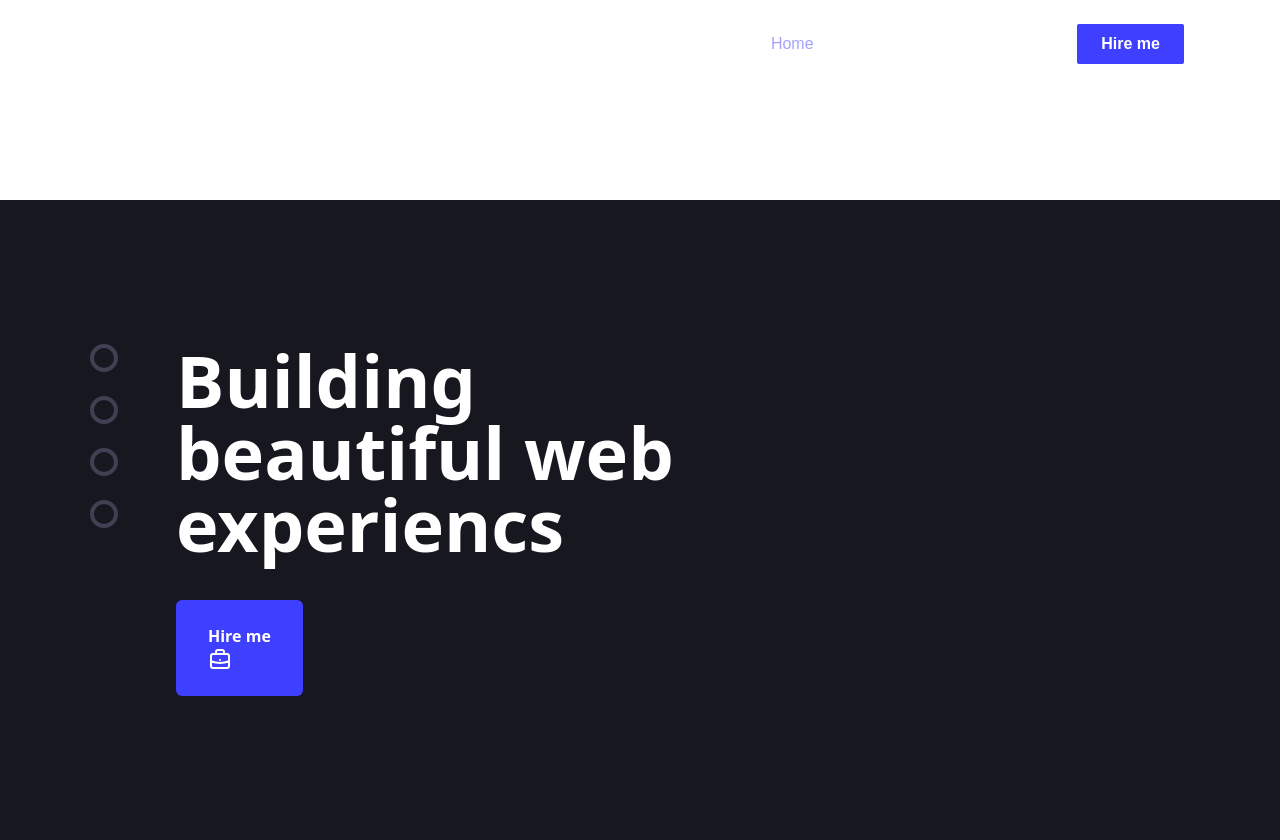
Repository: Alex0715/portfolio
Page: /
The author's editor kept a copy of each file at every save. The page is drawn from the files as they stood at one save, then again after the next save.
The browser window is 1280 px wide. The pictures show the whole page.
The project was rebuilt for these pictures with package versions that can differ from the ones it lists, and the page was loaded fresh each time. The framework's server and built-in components were replaced by stand-ins that run in the browser. Also part of the build but not shown: next.config.js.

Above is the page before, as saved 2022-02-03 22:19:00.

### pages/index.js
import Head from 'next/head'
import Banner from './components/Banner'
import Header from './components/header'



export default function Home() {
  return (
    <div>
      <Header/>
      <body className='bg-body'>
        <Banner/>
      </body>
    </div>

  )
}

### styles/globals.css
@tailwind base;
@tailwind components;
@tailwind utilities;

body{
    scroll-behavior: smooth;
}
.left-50{
    left: 50%;
}
.right-50{
    right: 50%;
}
.top-50{
    top:50%;
}

.nav-dot:hover span{
    opacity:1;
}

### pages/components/Banner.js

function Banner() {
  return (<div className="container mt-16 flex justify-between items-center mx-auto text-white px-8 md:px-14 lg:px-24 w-full">
      <div className="flex flex-wrap md:flex-nowrap">
        <nav className="inline-block lg:mr-24 lg:w-4 fixed left-percentage hidden xl:block">
        <div className="absolute left-50 transform -translate-x-1/2 space-y-6 mt-36">
        <a href="#" className="nav-dot selected-circle block w-7 h-7 rounded-full border-4 border-nav bg-body hover:bg-theme">
        <span className="bg-black px-2 py-1 rounded-md ml-10 opacity-0">Home</span></a>

        <a href="#" className="nav-dot selected-circle block w-7 h-7 rounded-full border-4 border-nav bg-body hover:bg-theme">
        <span className="bg-black px-2 py-1 rounded-md ml-10 opacity-0">Works</span></a>

        <a href="#" className="nav-dot selected-circle block w-7 h-7 rounded-full border-4 border-nav bg-body hover:bg-theme">
        <span className="bg-black px-2 py-1 rounded-md ml-10 opacity-0">Clients</span></a>

        <a href="#" className="nav-dot selected-circle block w-7 h-7 rounded-full border-4 border-nav bg-body hover:bg-theme">
        <span className="bg-black px-2 py-1 rounded-md ml-10 opacity-0">Hire!</span></a>

        </div>
        </nav>
        <br/>

        <div className="flex flex-wrap lg:ml-20 justify-center md:justify-start max-w-xl mt-0 md:my-36">
          <h1 className="font-bold text-5xl md:text-6xl lg:text-7xl text-center md:text-left">Building <br/> beautiful web experiencs</h1>
          <div className="flex mt-10">
          <a href="#"><button className="bg-theme px-8 py-6 font-bold rounded-md items-center">Hire me
          <svg xmlns="http://www.w3.org/2000/svg" className="h-6 w-6 " fill="none" viewBox="0 0 24 24" stroke="currentColor">
  <path strokeLinecap="round" strokeLinejoin="round" strokeWidth={2} d="M21 13.255A23.931 23.931 0 0112 15c-3.183 0-6.22-.62-9-1.745M16 6V4a2 2 0 00-2-2h-4a2 2 0 00-2 2v2m4 6h.01M5 20h14a2 2 0 002-2V8a2 2 0 00-2-2H5a2 2 0 00-2 2v10a2 2 0 002 2z" />
</svg>
          </button></a>
          </div>
          </div>

      </div>
      </div>


  )
}

export default Banner;

### pages/components/Header.js

function Header() {
  return (
  <div className="font-poppins pb-12 ">
  <header className="text-white container py-6 flex justify-between items-center mx-auto px-8 md:px-14 lg:px-24 w-full">
      <div className="text-white text-3xl">Chirantan Bose</div>
      <div className="hidden md:flex space-x-12 items-center">
        <a href="#" className="text-selected-text">Home</a>
        <a href="#">My Works</a>
        <a href="#">Clients</a>
        <a href="#"><button className="bg-theme px-6 py-2 font-bold rounded-sm">Hire me</button></a>
      </div>
      <div className="md:hidden text-white">
      <svg xmlns="http://www.w3.org/2000/svg" className="h-7 w-7" viewBox="0 0 20 20" fill="currentColor">
  <path fillRule="evenodd" d="M3 5a1 1 0 011-1h12a1 1 0 110 2H4a1 1 0 01-1-1zM3 10a1 1 0 011-1h12a1 1 0 110 2H4a1 1 0 01-1-1zM9 15a1 1 0 011-1h6a1 1 0 110 2h-6a1 1 0 01-1-1z" clipRule="evenodd" />
</svg>
      </div>
  </header>
  </div>
  )
}

export default Header;

Loaded but not shown: pages/_app.tsx (common file); tailwind.config.js (common file)

After the next save:
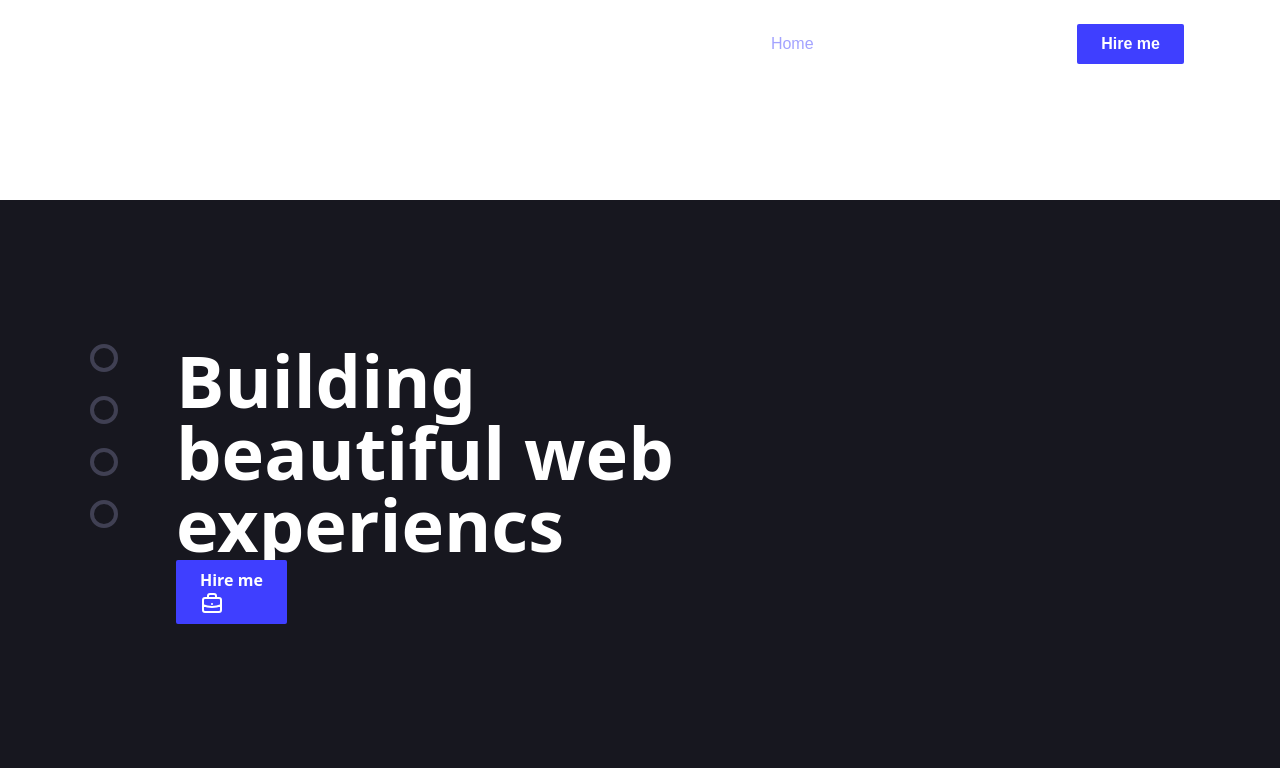
Saved 17 s later.
--- a/pages/components/Banner.js
+++ b/pages/components/Banner.js
@@ -22,8 +22,8 @@
 
         <div className="flex flex-wrap lg:ml-20 justify-center md:justify-start max-w-xl mt-0 md:my-36">
           <h1 className="font-bold text-5xl md:text-6xl lg:text-7xl text-center md:text-left">Building <br/> beautiful web experiencs</h1>
-          <div className="flex mt-10">
-          <a href="#"><button className="bg-theme px-8 py-6 font-bold rounded-md items-center">Hire me
+          <div className="flex">
+          <a href="#"><button className="bg-theme px-6 py-2 font-bold rounded-sm">Hire me
           <svg xmlns="http://www.w3.org/2000/svg" className="h-6 w-6 " fill="none" viewBox="0 0 24 24" stroke="currentColor">
   <path strokeLinecap="round" strokeLinejoin="round" strokeWidth={2} d="M21 13.255A23.931 23.931 0 0112 15c-3.183 0-6.22-.62-9-1.745M16 6V4a2 2 0 00-2-2h-4a2 2 0 00-2 2v2m4 6h.01M5 20h14a2 2 0 002-2V8a2 2 0 00-2-2H5a2 2 0 00-2 2v10a2 2 0 002 2z" />
 </svg>
